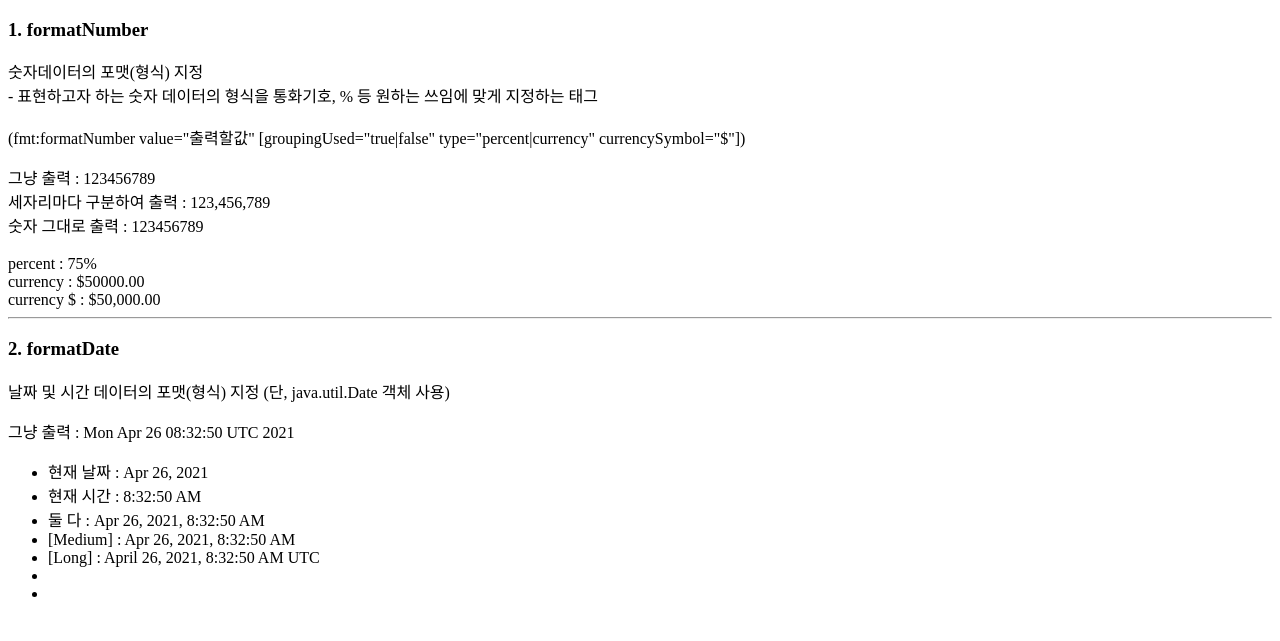
Repository: Young-27/DailyStudy
Page: http://localhost/actionProject/views/3_customAction/02_fmt.jsp
The author's editor kept a copy of each file at every save. The page is drawn from the files as they stood at one save, then again after the next save.
The browser window is 1280 px wide. The pictures show the whole page.
The page is served by Tomcat 9. Other server files are loaded and not shown.

Above is the page before, as saved 2021-06-18 07:38:19.

### Server/web-workspace2/actionProject/WebContent/views/3_customAction/02_fmt.jsp
<%@ page language="java" contentType="text/html; charset=UTF-8"
    pageEncoding="UTF-8"%>
<%@ taglib prefix="fmt" uri="http://java.sun.com/jsp/jstl/fmt" %>
<%@ taglib prefix="c" uri="http://java.sun.com/jsp/jstl/core" %>
<!DOCTYPE html>
<html>
<head>
<meta charset="UTF-8">
<title>Insert title here</title>
</head>
<body>
	<h3>1. formatNumber</h3>
	<p>
		숫자데이터의 포맷(형식) 지정 <br>
		- 표현하고자 하는 숫자 데이터의 형식을 통화기호, % 등 원하는 쓰임에 맞게 지정하는 태그 <br><br>

		(fmt:formatNumber value="출력할값" [groupingUsed="true|false" type="percent|currency" currencySymbol="$"])
	</p>

	<c:set var="num1" value="123456789"/>
	<c:set var="num2" value="0.75"/>
	<c:set var="num3" value="50000"/>

	그냥 출력 : ${ num1 } <br>
	세자리마다 구분하여 출력 : <fmt:formatNumber value="${ num1 }"/> <br> <!-- groupingUsed 기본값 == true == 구분자 유 -->
	숫자 그대로 출력 : <fmt:formatNumber value="${ num1 }" groupingUsed="false"/> <br><br>
	<!-- groupingUsed : 숫자 단위의 구분자(,) 표시 여부 지정 -->

	percent : <fmt:formatNumber value="${ num2 }" type="percent"/> <br> <!-- 75% -->
	currency : <fmt:formatNumber value="${ num3 }" type="currency" groupingUsed="false"/> <br> <!-- 원화 50000 -->
	currency $ : <fmt:formatNumber value="${ num3 }" type="currency" currencySymbol="$"/> <br> <!-- $50,000 -->
	<!--
		type : 백분율(%), 통화기호 지정
		currencySymbol : 통화기호문자 지정
	 -->

	 <hr>

	 <h3>2. formatDate</h3>
	 <p>
	 	날짜 및 시간 데이터의 포맷(형식) 지정 (단, java.util.Date 객체 사용)
	 </p>

	 <c:set var="current" value="<%= new java.util.Date() %>"/>

	 그냥 출력 : ${ current } <br>

	 <ul>
	 	<li>현재 날짜 : <fmt:formatDate value="${ current }" type="date"/></li> <!-- type 생략가능 생략시 기본값이 date -->
	 	<li>현재 시간 : <fmt:formatDate value="${ current }" type="time"/></li>
	 	<li>둘 다 : <fmt:formatDate value="${ current }" type="both"/></li>
	 	<li>[Medium] : <fmt:formatDate value="${ current }" type="both" dateStyle="medium" timeStyle="medium"/></li> <!-- style 생략 시 기본값 medium -->
	 	<li>[Long] : <fmt:formatDate value="${ current }" type="both" dateStyle="long" timeStyle="long"/></li>
	 	<li></li>
	 	<li></li>
	 </ul>










</body>
</html>

After the next save:
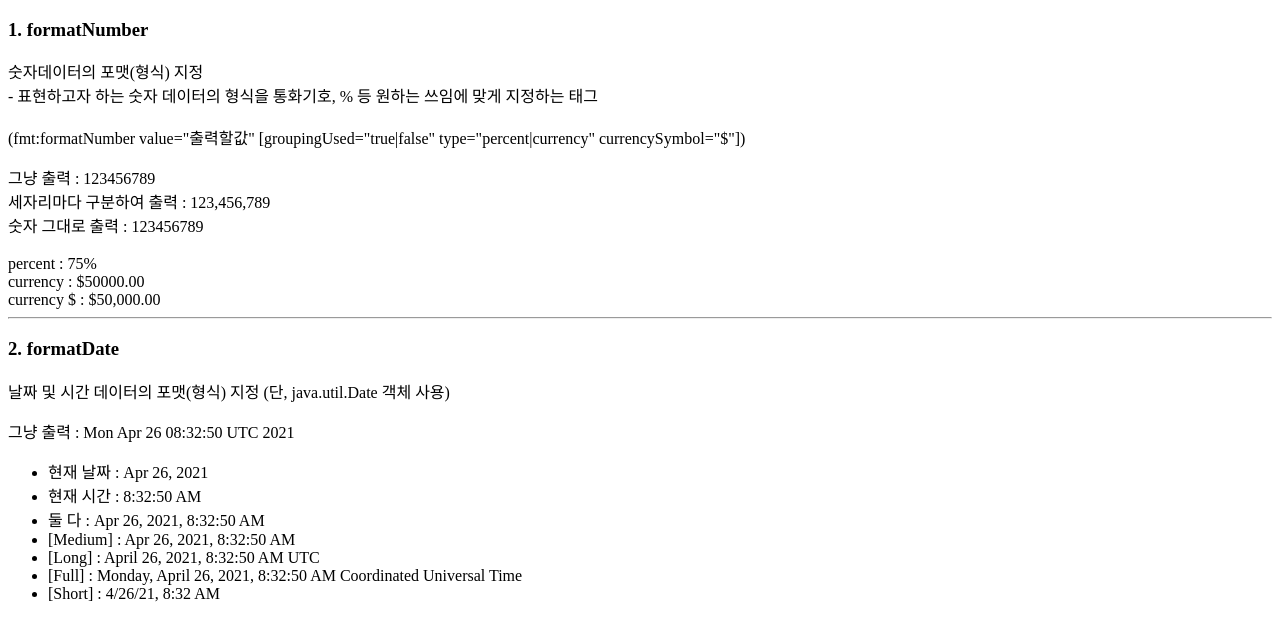
Saved 3 min 32 s later.
--- a/Server/web-workspace2/actionProject/WebContent/views/3_customAction/02_fmt.jsp
+++ b/Server/web-workspace2/actionProject/WebContent/views/3_customAction/02_fmt.jsp
@@ -49,10 +49,10 @@
 	 	<li>현재 날짜 : <fmt:formatDate value="${ current }" type="date"/></li> <!-- type 생략가능 생략시 기본값이 date -->
 	 	<li>현재 시간 : <fmt:formatDate value="${ current }" type="time"/></li>
 	 	<li>둘 다 : <fmt:formatDate value="${ current }" type="both"/></li>
-	 	<li>[Medium] : <fmt:formatDate value="${ current }" type="both" dateStyle="medium" timeStyle="medium"/></li> <!-- style 생략 시 기본값 medium -->
-	 	<li>[Long] : <fmt:formatDate value="${ current }" type="both" dateStyle="long" timeStyle="long"/></li>
-	 	<li></li>
-	 	<li></li>
+	 	<li>[Medium] : <fmt:formatDate value="${ current }" type="both" dateStyle="medium" timeStyle="medium"/></li> <!-- style 생략 시 기본값 medium 2021. 6. 18 오후 4:38:21-->
+	 	<li>[Long] : <fmt:formatDate value="${ current }" type="both" dateStyle="long" timeStyle="long"/></li> <!-- 2021년 6월 18일 (금) 오후 4시 38분 21초 -->
+	 	<li>[Full] : <fmt:formatDate value="${ current }" type="both" dateStyle="full" timeStyle="full"/></li>
+	 	<li>[Short] : <fmt:formatDate value="${ current }" type="both" dateStyle="short" timeStyle="short"/></li>
 	 </ul>
 
 
